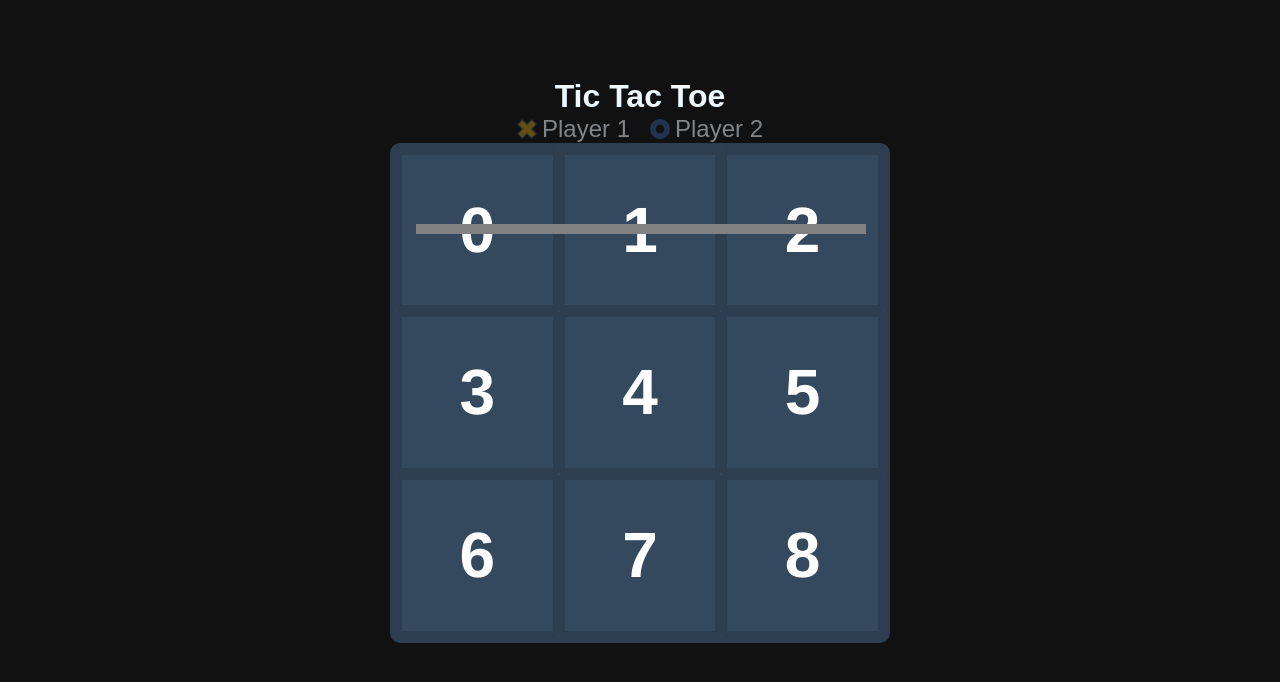
Repository: richardlieknis/tictactoe
Page: index.html
An editor plug-in stored every save of this project. The page is shown before and after the next save, followed by the edit.
The browser window is 1280 px wide. The pictures show the whole page.

Above is the page before, as saved 2022-12-08 15:08:42.

### index.html
<!DOCTYPE html>
<html lang="en">

<head>
    <meta charset="UTF-8" />
    <meta http-equiv="X-UA-Compatible" content="IE=edge" />
    <meta name="viewport" content="width=device-width, initial-scale=1.0" />
    <title>TicTacToe</title>
    <link rel="stylesheet" href="css/style.css" />
    <link rel="stylesheet" href="css/mobile.css" />

    <script src="main.js"></script>
</head>

<body>
    <div class="maincontainer">
        <h1>Tic Tac Toe</h1>
        <div class="players">
            <div id="player1" class="inactive">
                <img src="src/img/cross.png" /> Player 1
            </div>
            <div id="player2" class="inactive">
                <img src="src/img/circle.png" /> Player 2
            </div>
        </div>
        <div class="gameField">
            <div class="box" id="0" onclick="playerPlace(0)">0</div>
            <div class="box" id="1" onclick="playerPlace(1)">1</div>
            <div class="box" id="2" onclick="playerPlace(2)">2</div>
            <div class="box" id="3" onclick="playerPlace(3)">3</div>
            <div class="box" id="4" onclick="playerPlace(4)">4</div>
            <div class="box" id="5" onclick="playerPlace(5)">5</div>
            <div class="box" id="6" onclick="playerPlace(6)">6</div>
            <div class="box" id="7" onclick="playerPlace(7)">7</div>
            <div class="box" id="8" onclick="playerPlace(8)">8</div>
            <div class="lines">
                <div id="line0" class="line" style="top: 75px; left: 20px; transform: scaleX(0.2)"></div>
                <div id="line1" class="line" style="top: 240px; left: 20px; transform: scaleX(0)"></div>
                <div id="line2" class="line" style="top: 400px; left: 20px; transform: scaleX(0)"></div>
                <div id="line3" class="line" style="top: 240px; right: 180px; transform: rotate(90deg) scaleX(0)"></div>
                <div id="line4" class="line" style="top: 240px; right: 20px; transform: rotate(90deg) scaleX(0)"></div>
                <div id="line5" class="line" style="top: 240px; left: 180px; transform: rotate(90deg) scaleX(0)"></div>
                <div id="line6" class="line" style="top: 240px; right: 20px; transform: rotate(45deg) scaleX(0)"></div>
                <div id="line7" class="line" style="top: 240px; right: 20px; transform: rotate(-45deg) scaleX(0)"></div>
            </div>
        </div>
    </div>
</body>

</html>

### css/style.css
* {
    margin: 0;
    padding: 0;
    box-sizing: border-box;
}

body {
    font-family: sans-serif;
    color: aliceblue;
    background-color: #111;
}

.players {
    display: flex;
    align-items: center;
    justify-content: center;
    gap: 20px;
}

#player1,
#player2 {
    display: flex;
    align-items: center;
    gap: 5px;
    font-size: 24px;
}

.inactive {
    opacity: 0.5;
}

.players img {
    width: 20px;
}

.maincontainer {
    display: flex;
    justify-content: center;
    align-items: center;
    flex-direction: column;
    height: 100vh;
}

.gameField {
    position: relative;
    width: 500px;
    height: 500px;
    margin: 0 auto;
    background-color: #34495e;
    color: #fff;
    border: 6px solid #2c3e50;
    border-radius: 10px;
    display: grid;
    grid-template: repeat(3, 1fr) / repeat(3, 1fr);
}

.box {
    border: 6px solid #2c3e50;
    border-radius: 2px;
    font-family: Helvetica;
    font-weight: bold;
    font-size: 4em;
    display: flex;
    justify-content: center;
    align-items: center;
    cursor: pointer;
}

.box:hover {
    background-color: #416080;
}

.line {
    position: absolute;
    width: 450px;
    height: 10px;
    background-color: rgb(129, 129, 129);
    transition: transform 1s ease-in-out;
}

#line0 {
    transform: scaleX(1) !important;
}

### main.js
const circle = document.getElementById('circle');
const cross = document.getElementById('cross');
const gameover = document.getElementById('gameover');

let fields = [0, 1, 2, 3, 4, 5, 6, 7, 8];
let currentPlayer = 'cross';
let win = false;

let winFields = [
    [0, 1, 2],
    [3, 4, 5],
    [6, 7, 8],
    [0, 3, 6],
    [1, 4, 7],
    [2, 5, 8],
    [0, 4, 8],
    [2, 4, 6]
]

function playerPlace(id) {
    let fieldHtml = document.getElementById(id);
    if (fields[id] < 9 && !win) {
        if (currentPlayer === 'circle') {
            fields[id] = 'circle';
            fieldHtml.innerHTML = `<img src="src/img/circle.png">`;
            checkWin();
            currentPlayer = 'cross';
            document.getElementById('player1').classList.remove('inactive');
            document.getElementById('player2').classList.add('inactive');
        } else if (currentPlayer === 'cross') {
            fields[id] = 'cross';
            fieldHtml.innerHTML = `<img src="src/img/cross.png">`;
            checkWin();
            currentPlayer = 'circle';
            document.getElementById('player2').classList.remove('inactive');
            document.getElementById('player1').classList.add('inactive');
        }
    }
}

function checkWin() {
    for (let i = 0; i < winFields.length; i++) {
        if (fields[winFields[i][0]] === fields[winFields[i][1]] &&
            fields[winFields[i][1]] === fields[winFields[i][2]]) {
            console.log("GEWONNEN:", currentPlayer);
            win = true;
        }
    }

}

function resetGame() {
    win = false;
    for (let i = 0; i < 9; i++) {
        let fieldHtml = document.getElementById(i);
        fields = [0, 1, 2, 3, 4, 5, 6, 7, 8];
        fieldHtml.innerHTML = "";
    }
}

Loaded but not shown: css/mobile.css (no stored copy; drawn as an empty file)

After the next save:
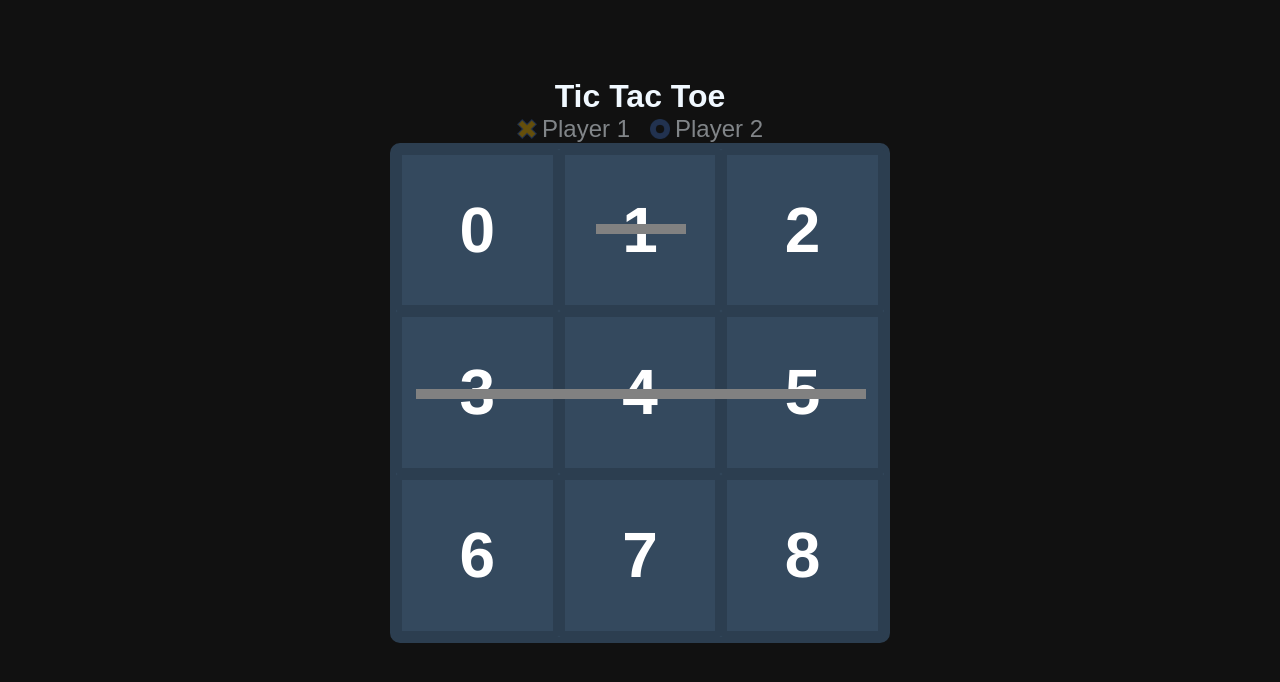
Saved 15 s later.
--- a/css/style.css
+++ b/css/style.css
@@ -78,6 +78,6 @@
     transition: transform 1s ease-in-out;
 }
 
-#line0 {
+#line1 {
     transform: scaleX(1) !important;
 }
